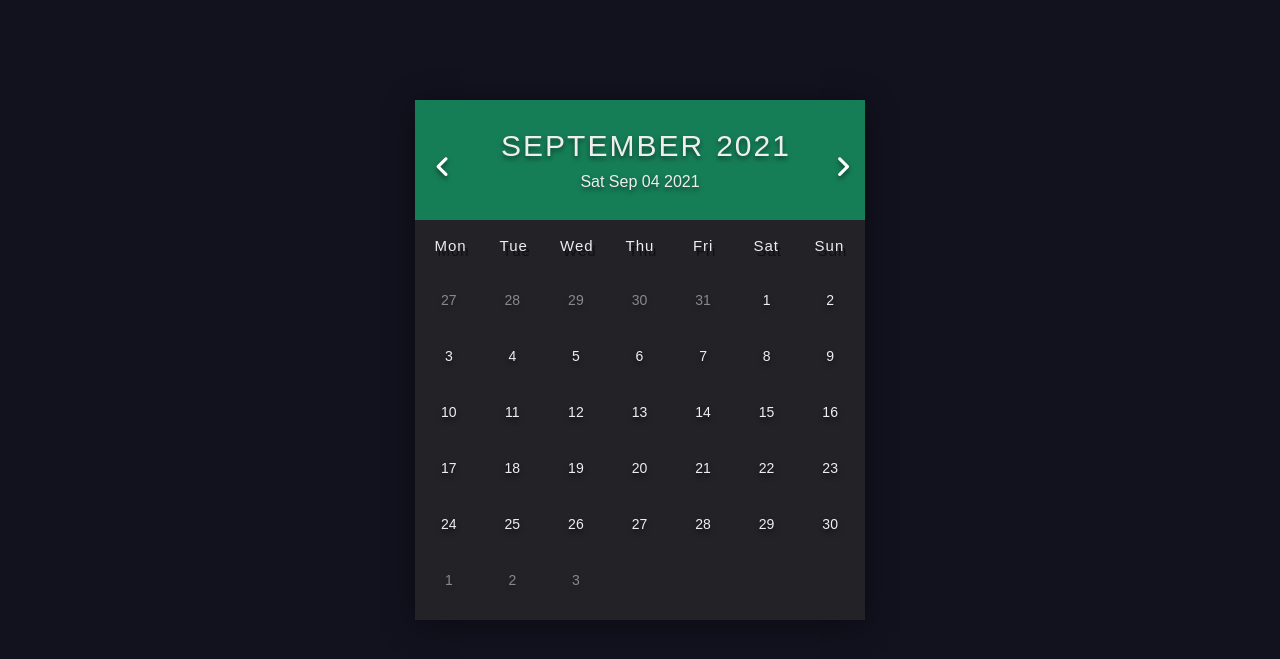
Repository: dboinska/calendar
Page: index.html
An editor plug-in stored every save of this project. The page is shown before and after the next save, followed by the edit.
The browser window is 1280 px wide. The pictures show the whole page.
After loading, the first visible `p.currentDate` was clicked once.
Some web libraries are served in a nearby version.

Above is the page before, as saved 2021-09-08 23:27:02.

After the next save:
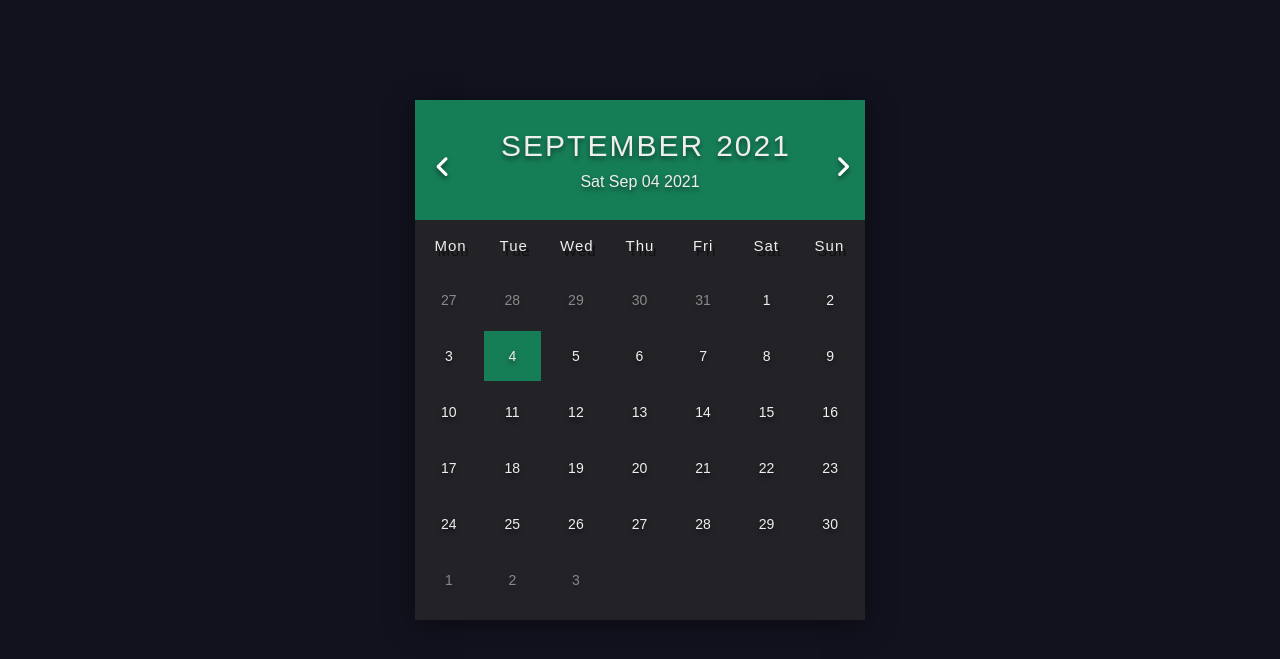
Console error: TypeError: monthDays.find is not a function
Saved 2 min 57 s later.
--- a/script.js
+++ b/script.js
@@ -183,6 +183,12 @@
   date.setMonth(today.getMonth());
   renderCalendar();
   const monthDays = document.querySelectorAll(".days div");
+  const foundToday = monthDays.find((monthDay) => {
+    return monthDay.textContent === day.toString();
+  });
+  if (foundToday) {
+    foundToday.classList.add("today");
+  }
 }
 
 const prevMonth = document.querySelector(".prev");

After the save that followed:
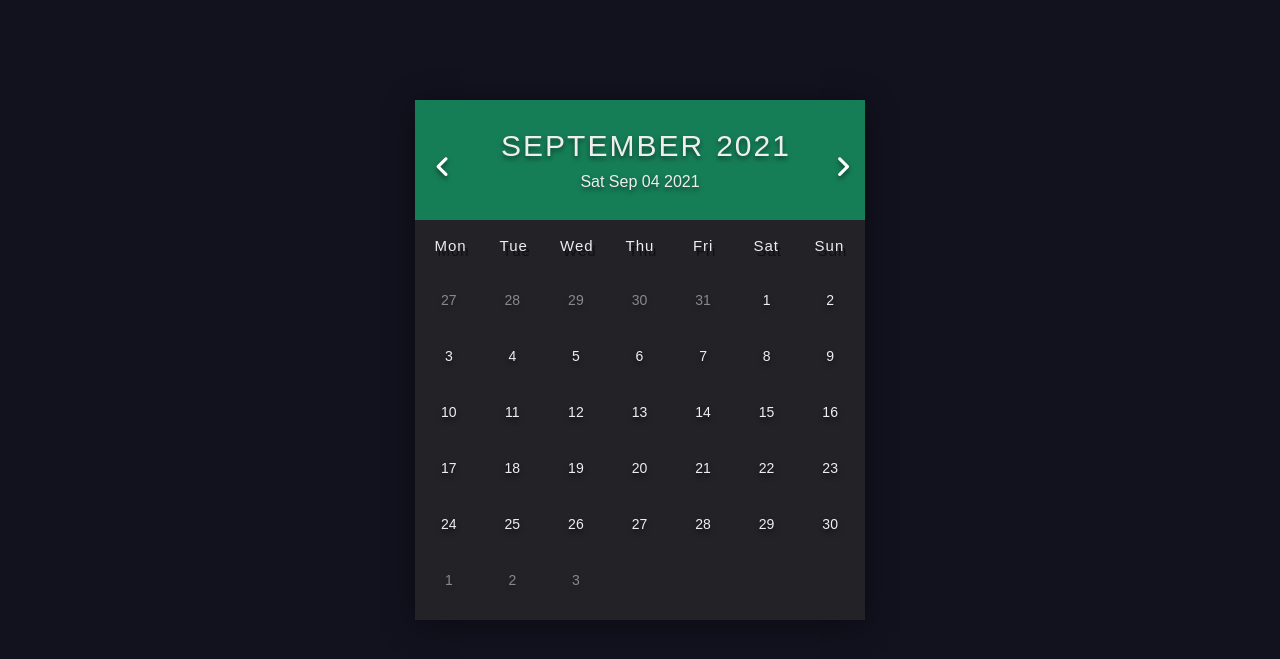
The error is gone.
Saved 46 s later.
--- a/script.js
+++ b/script.js
@@ -183,7 +183,7 @@
   date.setMonth(today.getMonth());
   renderCalendar();
   const monthDays = document.querySelectorAll(".days div");
-  const foundToday = monthDays.find((monthDay) => {
+  const foundToday = [...monthDays].find((monthDay) => {
     return monthDay.textContent === day.toString();
   });
   if (foundToday) {
